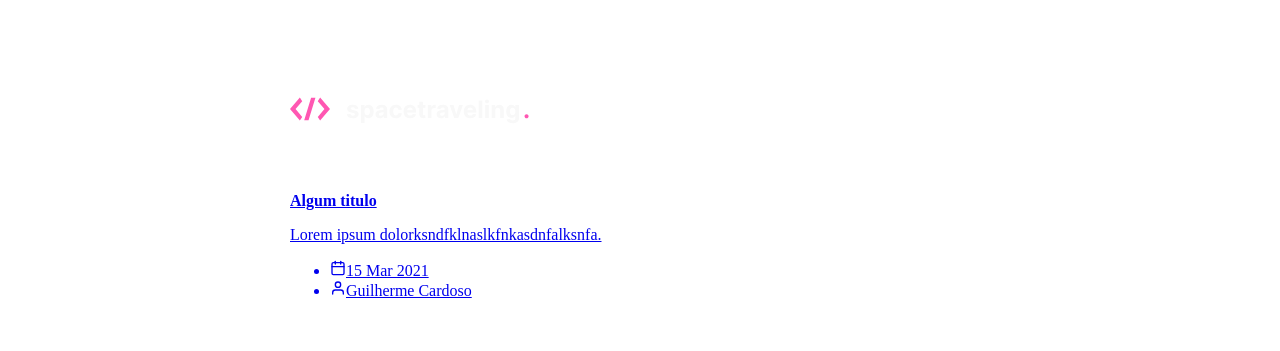
Repository: guilhermecardoso93/ignite-template-reactjs-criando-um-projeto-do-zero
Page: /
An editor plug-in stored every save of this project. The page is shown before and after the next save, followed by the edit.
The browser window is 1280 px wide. The pictures show the whole page.
The project was rebuilt for these pictures with package versions that can differ from the ones it lists, and the page was loaded fresh each time. The framework's server and built-in components were replaced by stand-ins that run in the browser.

Above is the page before, as saved 2022-07-24 11:50:28.

### src/pages/_document.tsx
import Document, { Head, Html, Main, NextScript } from "next/document";

export default class MyDocument extends Document {
  render() {
    return (
      <Html lang="pt-BR">
        <Head>
          <link rel="preconnect" href="https://fonts.googleapis.com" />
          <link rel="preconnect" href="https://fonts.gstatic.com" />
          <link
            href="https://fonts.googleapis.com/css2?family=Inter:wght@300;400;500;600;700&family=Roboto:wght@400;500;700&display=swap"
            rel="stylesheet"
          />
        </Head>
        <body>
          <Main />
          <NextScript />
        </body>
      </Html>
    );
  }
}

### src/pages/index.tsx
import { GetStaticProps } from "next";
import Link from "next/link";
import { FiCalendar, FiUser } from "react-icons/fi";
import {Header} from "../components/Header";
import { getPrismicClient } from "../services/prismic";

import commonStyles from "../styles/common.module.scss";
import styles from "./home.module.scss";

interface Post {
  uid?: string;
  first_publication_date: string | null;
  data: {
    title: string;
    subtitle: string;
    author: string;
  };
}

interface PostPagination {
  next_page: string;
  results: Post[];
}

interface HomeProps {
  postsPagination: PostPagination;
}

export default function Home(): JSX.Element {
  return (
    <>
      <main className={commonStyles.container}>
        <Header />

        <div className={styles.posts}>
          <Link href="/">
            <a className={styles.post}>
              <strong>Algum titulo</strong>
              <p>Lorem ipsum dolorksndfklnaslkfnkasdnfalksnfa.</p>
              <ul>
                <li>
                  <FiCalendar />
                  15 Mar 2021
                </li>
                <li>
                  <FiUser />
                  Guilherme Cardoso
                </li>
              </ul>
            </a>
          </Link>
        </div>
      </main>
    </>
  );
}

### src/components/Header/index.tsx

import Link from "next/link";
import styles from "./header.module.scss";

export function Header() {
  return (
    <header className={styles.postHeader}>
      <Link href="/">
        <a>
          <img src="/logo.svg" alt="logo" className={styles.logo} />
        </a>
      </Link>
    </header>
  );
}

### src/styles/common.module.scss
.container {
  max-width: 700px;
  margin:4rem auto;
}

.preview {
  display: block;
  width:100%;
  max-width: 700px;
  margin: 0 auto;
  margin-top: 5.5rem;
  background:var(--heading);
  color:var(--background);
  text-align:center;
  border-radius: 4px;
  padding: 1rem;
  font-weight: 600;
  font-size: 1.125rem;
}

### src/pages/home.module.scss
.posts {
  margin-top: 2rem;

  > a {
    display: block;
  }

  a + a {
    margin-top: 3rem;
  }
}

### src/components/Header/header.module.scss
.postHeader {
  height: 6rem;
  max-width: 700px;
  margin: 0 auto;
  display: flex;
  align-items: center;
}

After the next save:
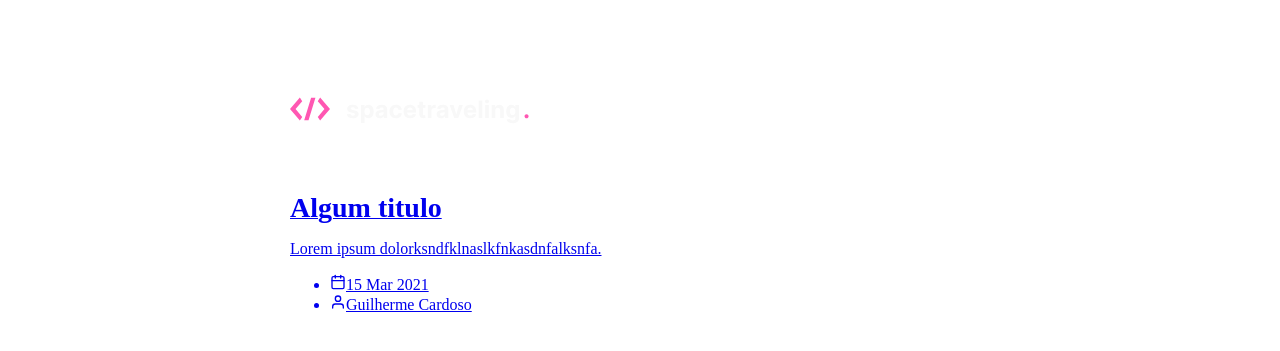
Saved 49 s later.
--- a/src/pages/home.module.scss
+++ b/src/pages/home.module.scss
@@ -9,3 +9,13 @@
     margin-top: 3rem;
   }
 }
+
+
+.post {
+
+  strong {
+    font-size: 1.75rem;
+    font-weight: bold;
+    color:var(--heading);
+  }
+}
